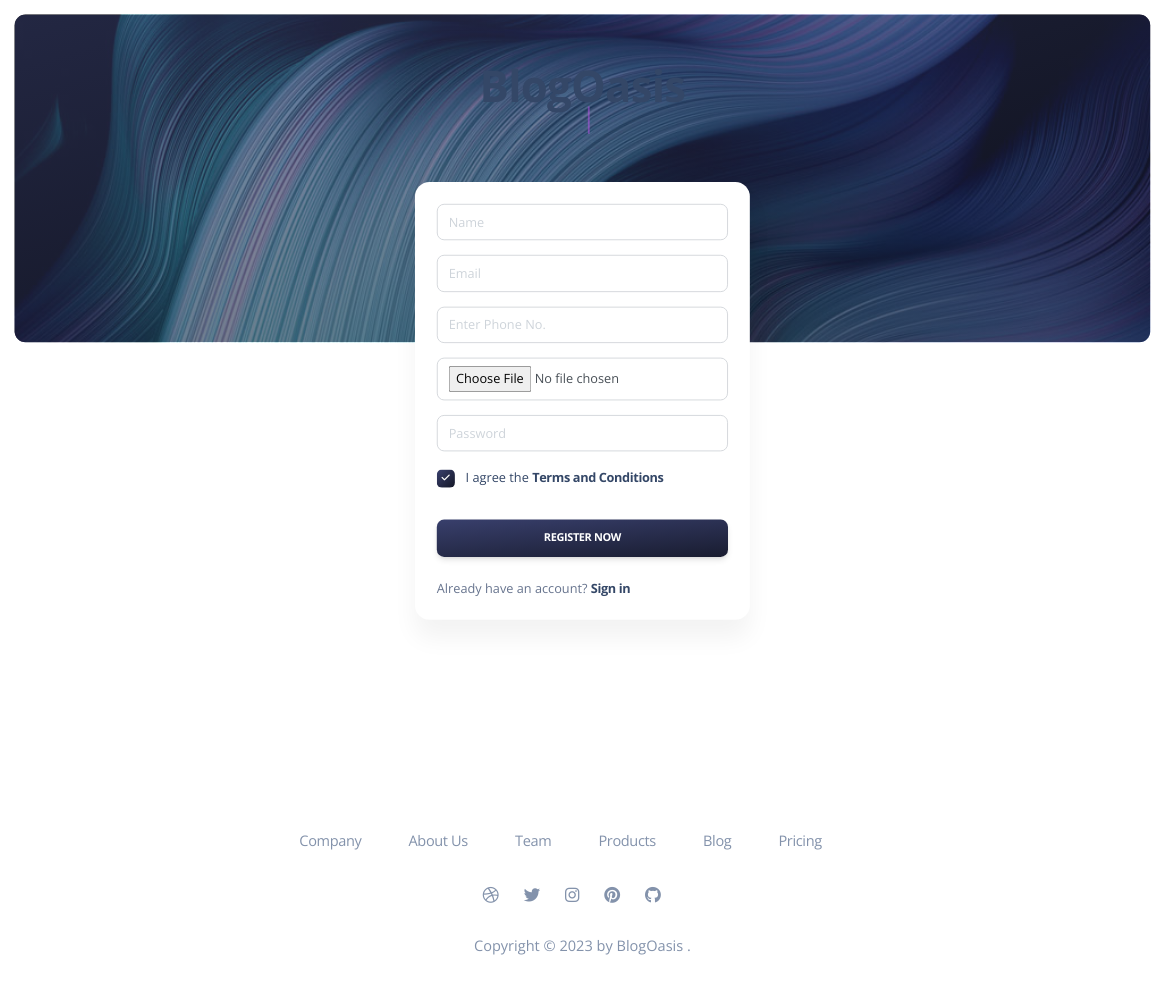
Repository: jigar-64/BlogOasis
Page: http://localhost/blogoasis/admin/pages/sign-up.php
An editor plug-in stored every save of this project. The page is shown before and after the next save, followed by the edit.
The browser window is 1280 px wide. The pictures show the whole page, at 91% of full size.
Some web libraries are served in a nearby version. The page is run by PHP 8.4 with error messages shown; the project is at /var/www/html/.

Above is the page before, as saved 2023-08-13 02:13:41.
Console error: TypeError: Cannot set properties of null (setting 'textContent')

After the next save:
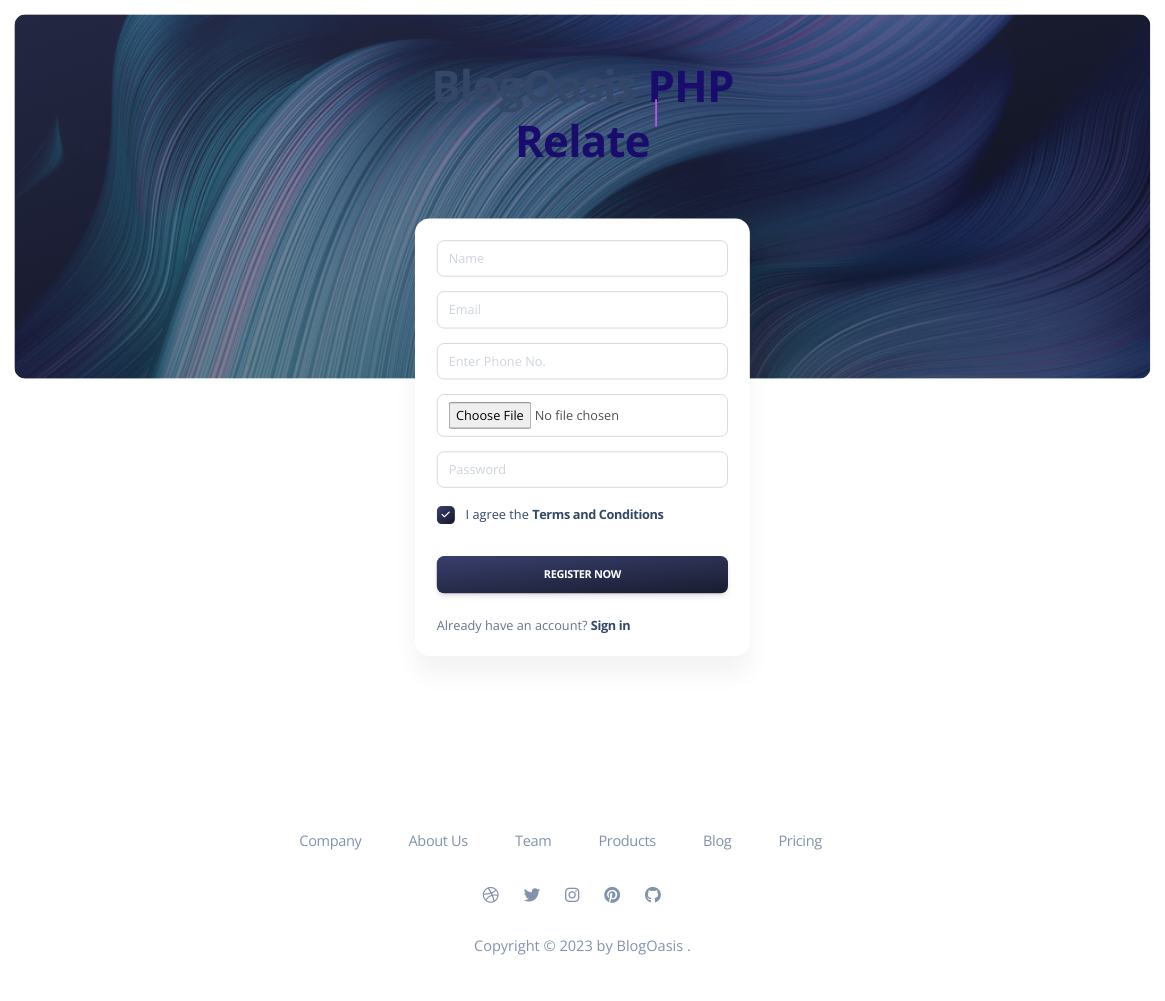
The error is gone.
Saved 47 s later.
--- a/BlogOasis API/admin/pages/sign-up.php
+++ b/BlogOasis API/admin/pages/sign-up.php
@@ -46,11 +46,9 @@
     transform: translateY(-50%); /* Adjusted position for better alignment */
     animation: blink 0.7s infinite;
 }
-
 .typeAnimation span.stop-blinking::before {
     animation: none;
 }
-
 @keyframes blink {
     50% {
         opacity: 0;
@@ -85,8 +83,8 @@
             <div class="flex flex-wrap justify-center -mx-3">
               <div class="w-full max-w-full px-3 mx-auto mt-0 text-center lg:flex-0 shrink-0 lg:w-5/12">
                     <div class="typeAnimation">
-                       <h1 >BlogOasis </h1>
-                       <span></span>
+                       <h1 >BlogOasis <span></span> </h1>
+
                   </div>
                 <!-- <p class="text-white">Use these awesome forms to login or create new account in your project for free.</p> -->
               </div>
